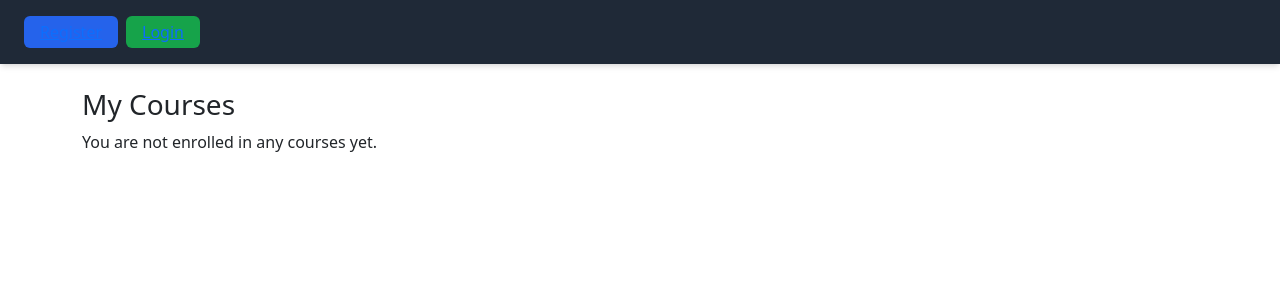
Repository: Abrar-here/EduNex-Interactive-Learning-Mentorship-Platform
Page: /student/my-courses (app in frontend/)
The author's editor kept a copy of each file at every save. The page is drawn from the files as they stood at one save, then again after the next save.
The browser window is 1280 px wide. The pictures show the whole page.
The project was rebuilt for these pictures with package versions that can differ from the ones it lists, and the page was loaded fresh each time. Also part of the build but not shown: frontend/src/App.css, frontend/src/components/Register.js, frontend/src/components/Login.js, frontend/src/components/Profile.js, frontend/src/components/ViewProfile.js, frontend/src/components/StudentPage.js, frontend/src/components/InstructorPage.js, frontend/src/components/AdminPage.js and 13 more.

Above is the page before, as saved 2025-12-10 21:22:59.

After the next save:
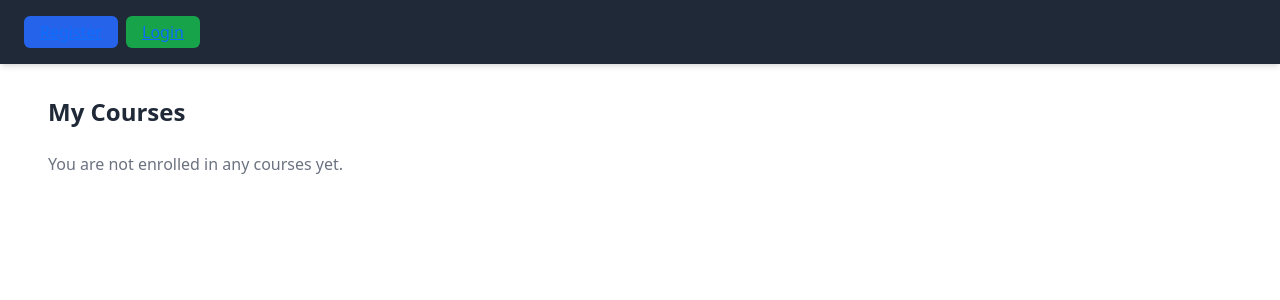
Saved 9 min 48 s later.
--- a/frontend/src/pages/MyCourses.jsx
+++ b/frontend/src/pages/MyCourses.jsx
@@ -31,26 +31,37 @@
   }, [auth?.token]);
 
   return (
-    <div className="container mt-4">
-      <h3>My Courses</h3>
+    <div className="max-w-7xl mx-auto px-4 mt-8">
+      <h3 className="text-2xl font-semibold text-gray-800 mb-6">My Courses</h3>
 
-      {error && <p className="text-danger">{error}</p>}
+      {error && <p className="text-red-600 font-medium mb-4">{error}</p>}
 
-      {courses.length === 0 && <p>You are not enrolled in any courses yet.</p>}
+      {courses.length === 0 && (
+        <p className="text-gray-500">
+          You are not enrolled in any courses yet.
+        </p>
+      )}
 
-      <div className="row">
+      <div className="grid grid-cols-1 sm:grid-cols-2 lg:grid-cols-3 gap-6">
         {courses.map((course) => (
-          <div key={course._id} className="col-md-4 mb-3">
-            <div className="card h-100">
-              <div className="card-body">
-                <Link to={`/student/courses/${course._id}`}>
-                  <h5 className="card-title">{course.title}</h5>
-                </Link>
-                <p className="card-text">{course.description}</p>
-                <small className="text-muted">
-                  Instructor: {course.instructor?.name || "Unknown"}
-                </small>
-              </div>
+          <div
+            key={course._id}
+            className="bg-white rounded-xl shadow-md hover:shadow-lg transition duration-300 border h-full"
+          >
+            <div className="p-5 flex flex-col h-full">
+              <Link
+                to={`/student/courses/${course._id}`}
+                className="text-lg font-semibold text-blue-600 hover:underline mb-2"
+              >
+                {course.title}
+              </Link>
+              <p className="text-gray-700 flex-grow">{course.description}</p>
+              <p className="text-sm text-gray-500 mt-2">
+                Instructor:{" "}
+                <span className="font-medium">
+                  {course.instructor?.name || "Unknown"}
+                </span>
+              </p>
             </div>
           </div>
         ))}
